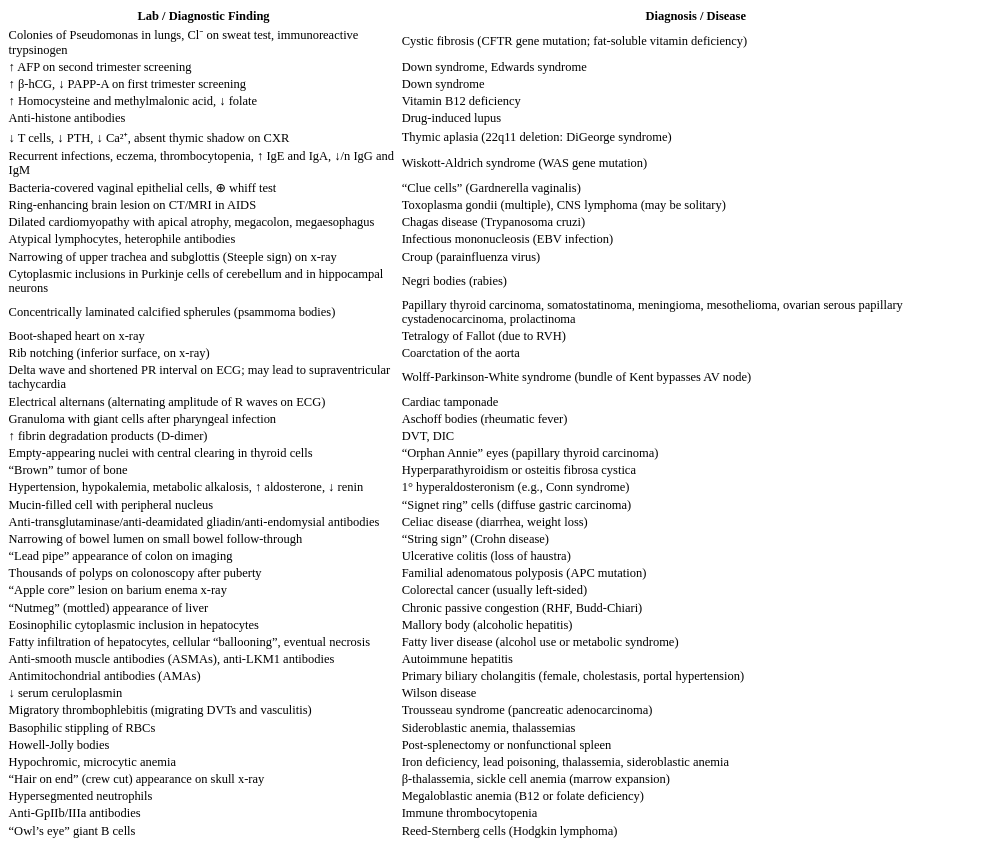
Repository: sharperdragon/STEVEL-1-Summaries
Page: subdex/rapid_findings.table.html
These files come from the project's save history. The page is drawn as it stood at one moment and after the next save; the edit follows.
The browser window is 1280 px wide. The pictures show the whole page, at 78% of full size.

Above is the page before, as saved 2025-05-21 08:18:00.

### subdex/rapid_findings.table.html
<div class="responsive-container">
  <table class="table3" id="rr-associations">
    <thead>
      <tr>
        <th>Lab / Diagnostic Finding</th>
        <th>Diagnosis / Disease</th>
      </tr>
    </thead>
    <tbody>
      <tr>
        <td>Colonies of Pseudomonas in lungs, Cl⁻ on sweat test, immunoreactive trypsinogen</td>
        <td>Cystic fibrosis (CFTR gene mutation; fat-soluble vitamin deficiency)</td>
      </tr>
      <tr>
        <td>↑ AFP on second trimester screening</td>
        <td>Down syndrome, Edwards syndrome</td>
      </tr>
      <tr>
        <td>↑ β-hCG, ↓ PAPP-A on first trimester screening</td>
        <td>Down syndrome</td>
      </tr>
      <tr>
        <td>↑ Homocysteine and methylmalonic acid, ↓ folate</td>
        <td>Vitamin B12 deficiency</td>
      </tr>
      <tr>
        <td>Anti-histone antibodies</td>
        <td>Drug-induced lupus</td>
      </tr>
      <tr>
        <td>↓ T cells, ↓ PTH, ↓ Ca²⁺, absent thymic shadow on CXR</td>
        <td>Thymic aplasia (22q11 deletion: DiGeorge syndrome)</td>
      </tr>
      <tr>
        <td>Recurrent infections, eczema, thrombocytopenia, ↑ IgE and IgA, ↓/n IgG and IgM</td>
        <td>Wiskott-Aldrich syndrome (WAS gene mutation)</td>
      </tr>
      <tr>
        <td>Bacteria-covered vaginal epithelial cells, ⊕ whiff test</td>
        <td>“Clue cells” (Gardnerella vaginalis)</td>
      </tr>
      <tr>
        <td>Ring-enhancing brain lesion on CT/MRI in AIDS</td>
        <td>Toxoplasma gondii (multiple), CNS lymphoma (may be solitary)</td>
      </tr>
      <tr>
        <td>Dilated cardiomyopathy with apical atrophy, megacolon, megaesophagus</td>
        <td>Chagas disease (Trypanosoma cruzi)</td>
      </tr>
      <tr>
        <td>Atypical lymphocytes, heterophile antibodies</td>
        <td>Infectious mononucleosis (EBV infection)</td>
      </tr>
      <tr>
        <td>Narrowing of upper trachea and subglottis (Steeple sign) on x-ray</td>
        <td>Croup (parainfluenza virus)</td>
      </tr>
      <tr>
        <td>Cytoplasmic inclusions in Purkinje cells of cerebellum and in hippocampal neurons</td>
        <td>Negri bodies (rabies)</td>
      </tr>
      <tr>
        <td>Concentrically laminated calcified spherules (psammoma bodies)</td>
        <td>Papillary thyroid carcinoma, somatostatinoma, meningioma, mesothelioma, ovarian serous papillary cystadenocarcinoma, prolactinoma</td>
      </tr>
      <tr>
        <td>Boot-shaped heart on x-ray</td>
        <td>Tetralogy of Fallot (due to RVH)</td>
      </tr>
      <tr>
        <td>Rib notching (inferior surface, on x-ray)</td>
        <td>Coarctation of the aorta</td>
      </tr>
      <tr>
        <td>Delta wave and shortened PR interval on ECG; may lead to supraventricular tachycardia</td>
        <td>Wolff-Parkinson-White syndrome (bundle of Kent bypasses AV node)</td>
      </tr>
      <tr>
        <td>Electrical alternans (alternating amplitude of R waves on ECG)</td>
        <td>Cardiac tamponade</td>
      </tr>
      <tr>
        <td>Granuloma with giant cells after pharyngeal infection</td>
        <td>Aschoff bodies (rheumatic fever)</td>
      </tr>
      <tr>
        <td>↑ fibrin degradation products (D-dimer)</td>
        <td>DVT, DIC</td>
      </tr>
      <tr>
        <td>Empty-appearing nuclei with central clearing in thyroid cells</td>
        <td>“Orphan Annie” eyes (papillary thyroid carcinoma)</td>
      </tr>
      <tr>
        <td>“Brown” tumor of bone</td>
        <td>Hyperparathyroidism or osteitis fibrosa cystica</td>
      </tr>
      <tr>
        <td>Hypertension, hypokalemia, metabolic alkalosis, ↑ aldosterone, ↓ renin</td>
        <td>1° hyperaldosteronism (e.g., Conn syndrome)</td>
      </tr>
      <tr>
        <td>Mucin-filled cell with peripheral nucleus</td>
        <td>“Signet ring” cells (diffuse gastric carcinoma)</td>
      </tr>
      <tr>
        <td>Anti-transglutaminase/anti-deamidated gliadin/anti-endomysial antibodies</td>
        <td>Celiac disease (diarrhea, weight loss)</td>
      </tr>
      <tr>
        <td>Narrowing of bowel lumen on small bowel follow-through</td>
        <td>“String sign” (Crohn disease)</td>
      </tr>
      <tr>
        <td>“Lead pipe” appearance of colon on imaging</td>
        <td>Ulcerative colitis (loss of haustra)</td>
      </tr>
      <tr>
        <td>Thousands of polyps on colonoscopy after puberty</td>
        <td>Familial adenomatous polyposis (APC mutation)</td>
      </tr>
      <tr>
        <td>“Apple core” lesion on barium enema x-ray</td>
        <td>Colorectal cancer (usually left-sided)</td>
      </tr>
      <tr>
        <td>“Nutmeg” (mottled) appearance of liver</td>
        <td>Chronic passive congestion (RHF, Budd-Chiari)</td>
      </tr>
      <tr>
        <td>Eosinophilic cytoplasmic inclusion in hepatocytes</td>
        <td>Mallory body (alcoholic hepatitis)</td>
      </tr>
      <tr>
        <td>Fatty infiltration of hepatocytes, cellular “ballooning”, eventual necrosis</td>
        <td>Fatty liver disease (alcohol use or metabolic syndrome)</td>
      </tr>
      <tr>
        <td>Anti-smooth muscle antibodies (ASMAs), anti-LKM1 antibodies</td>
        <td>Autoimmune hepatitis</td>
      </tr>
      <tr>
        <td>Antimitochondrial antibodies (AMAs)</td>
        <td>Primary biliary cholangitis (female, cholestasis, portal hypertension)</td>
      </tr>
      <tr>
        <td>↓ serum ceruloplasmin</td>
        <td>Wilson disease</td>
      </tr>
      <tr>
        <td>Migratory thrombophlebitis (migrating DVTs and vasculitis)</td>
        <td>Trousseau syndrome (pancreatic adenocarcinoma)</td>
      </tr>
      <tr>
        <td>Basophilic stippling of RBCs</td>
        <td>Sideroblastic anemia, thalassemias</td>
      </tr>
      <tr>
        <td>Howell-Jolly bodies</td>
        <td>Post-splenectomy or nonfunctional spleen</td>
      </tr>
      <tr>
        <td>Hypochromic, microcytic anemia</td>
        <td>Iron deficiency, lead poisoning, thalassemia, sideroblastic anemia</td>
      </tr>
      <tr>
        <td>“Hair on end” (crew cut) appearance on skull x-ray</td>
        <td>β-thalassemia, sickle cell anemia (marrow expansion)</td>
      </tr>
      <tr>
        <td>Hypersegmented neutrophils</td>
        <td>Megaloblastic anemia (B12 or folate deficiency)</td>
      </tr>
      <tr>
        <td>Anti-GpIIb/IIIa antibodies</td>
        <td>Immune thrombocytopenia</td>
      </tr>
      <tr>
        <td>“Owl’s eye” giant B cells</td>
        <td>Reed-Sternberg cells (Hodgkin lymphoma)</td>
      </tr>
    </tbody>
  </table>
</div>

After the next save:
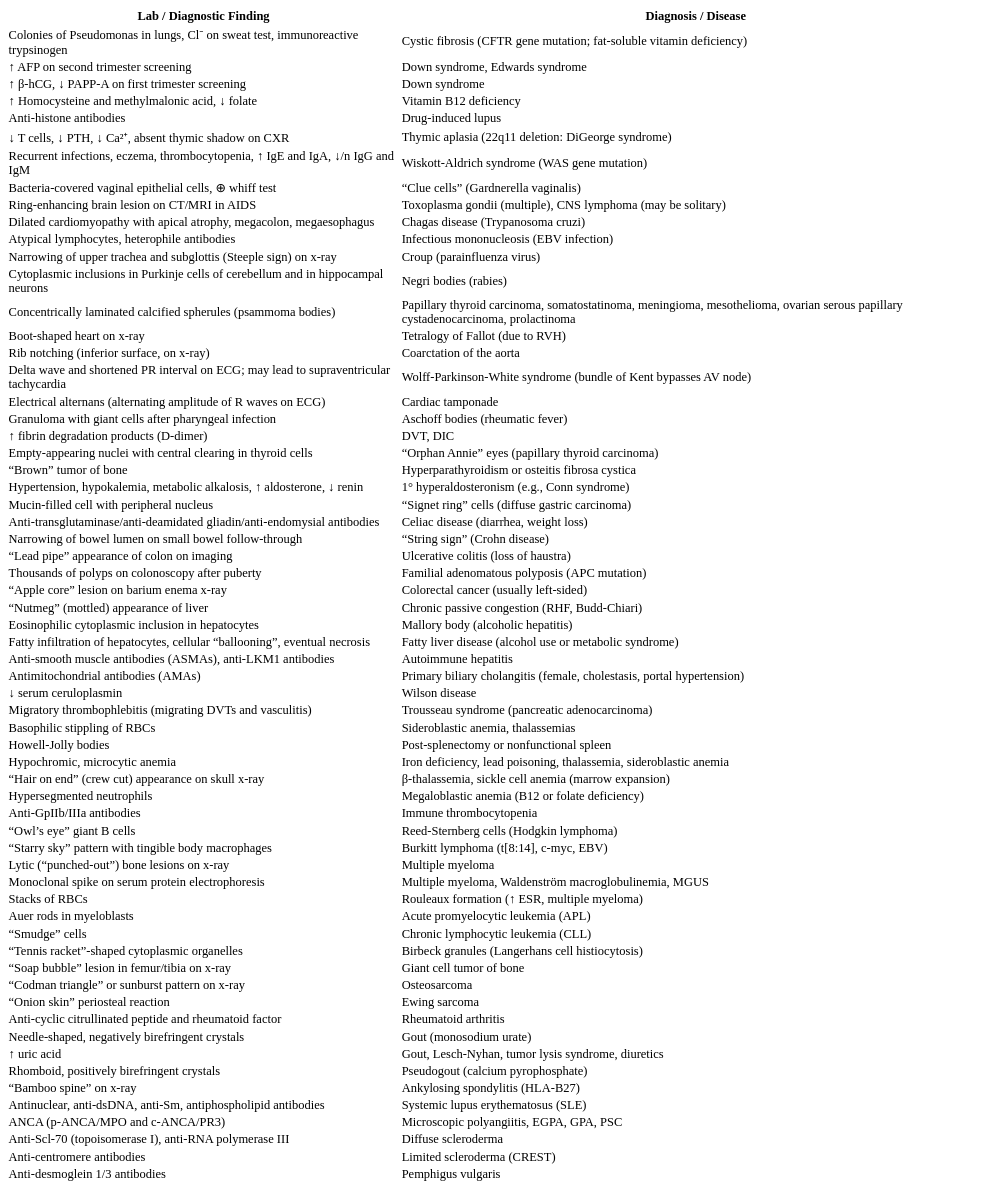
Saved 74 s later.
--- a/subdex/rapid_findings.table.html
+++ b/subdex/rapid_findings.table.html
@@ -179,6 +179,86 @@
         <td>“Owl’s eye” giant B cells</td>
         <td>Reed-Sternberg cells (Hodgkin lymphoma)</td>
       </tr>
+      <tr>
+        <td>“Starry sky” pattern with tingible body macrophages</td>
+        <td>Burkitt lymphoma (t[8:14], c-myc, EBV)</td>
+      </tr>
+      <tr>
+        <td>Lytic (“punched-out”) bone lesions on x-ray</td>
+        <td>Multiple myeloma</td>
+      </tr>
+      <tr>
+        <td>Monoclonal spike on serum protein electrophoresis</td>
+        <td>Multiple myeloma, Waldenström macroglobulinemia, MGUS</td>
+      </tr>
+      <tr>
+        <td>Stacks of RBCs</td>
+        <td>Rouleaux formation (↑ ESR, multiple myeloma)</td>
+      </tr>
+      <tr>
+        <td>Auer rods in myeloblasts</td>
+        <td>Acute promyelocytic leukemia (APL)</td>
+      </tr>
+      <tr>
+        <td>“Smudge” cells</td>
+        <td>Chronic lymphocytic leukemia (CLL)</td>
+      </tr>
+      <tr>
+        <td>“Tennis racket”-shaped cytoplasmic organelles</td>
+        <td>Birbeck granules (Langerhans cell histiocytosis)</td>
+      </tr>
+      <tr>
+        <td>“Soap bubble” lesion in femur/tibia on x-ray</td>
+        <td>Giant cell tumor of bone</td>
+      </tr>
+      <tr>
+        <td>“Codman triangle” or sunburst pattern on x-ray</td>
+        <td>Osteosarcoma</td>
+      </tr>
+      <tr>
+        <td>“Onion skin” periosteal reaction</td>
+        <td>Ewing sarcoma</td>
+      </tr>
+      <tr>
+        <td>Anti-cyclic citrullinated peptide and rheumatoid factor</td>
+        <td>Rheumatoid arthritis</td>
+      </tr>
+      <tr>
+        <td>Needle-shaped, negatively birefringent crystals</td>
+        <td>Gout (monosodium urate)</td>
+      </tr>
+      <tr>
+        <td>↑ uric acid</td>
+        <td>Gout, Lesch-Nyhan, tumor lysis syndrome, diuretics</td>
+      </tr>
+      <tr>
+        <td>Rhomboid, positively birefringent crystals</td>
+        <td>Pseudogout (calcium pyrophosphate)</td>
+      </tr>
+      <tr>
+        <td>“Bamboo spine” on x-ray</td>
+        <td>Ankylosing spondylitis (HLA-B27)</td>
+      </tr>
+      <tr>
+        <td>Antinuclear, anti-dsDNA, anti-Sm, antiphospholipid antibodies</td>
+        <td>Systemic lupus erythematosus (SLE)</td>
+      </tr>
+      <tr>
+        <td>ANCA (p-ANCA/MPO and c-ANCA/PR3)</td>
+        <td>Microscopic polyangiitis, EGPA, GPA, PSC</td>
+      </tr>
+      <tr>
+        <td>Anti-Scl-70 (topoisomerase I), anti-RNA polymerase III</td>
+        <td>Diffuse scleroderma</td>
+      </tr>
+      <tr>
+        <td>Anti-centromere antibodies</td>
+        <td>Limited scleroderma (CREST)</td>
+      </tr>
+      <tr>
+        <td>Anti-desmoglein 1/3 antibodies</td>
+        <td>Pemphigus vulgaris</td>
+      </tr>
     </tbody>
   </table>
 </div>
